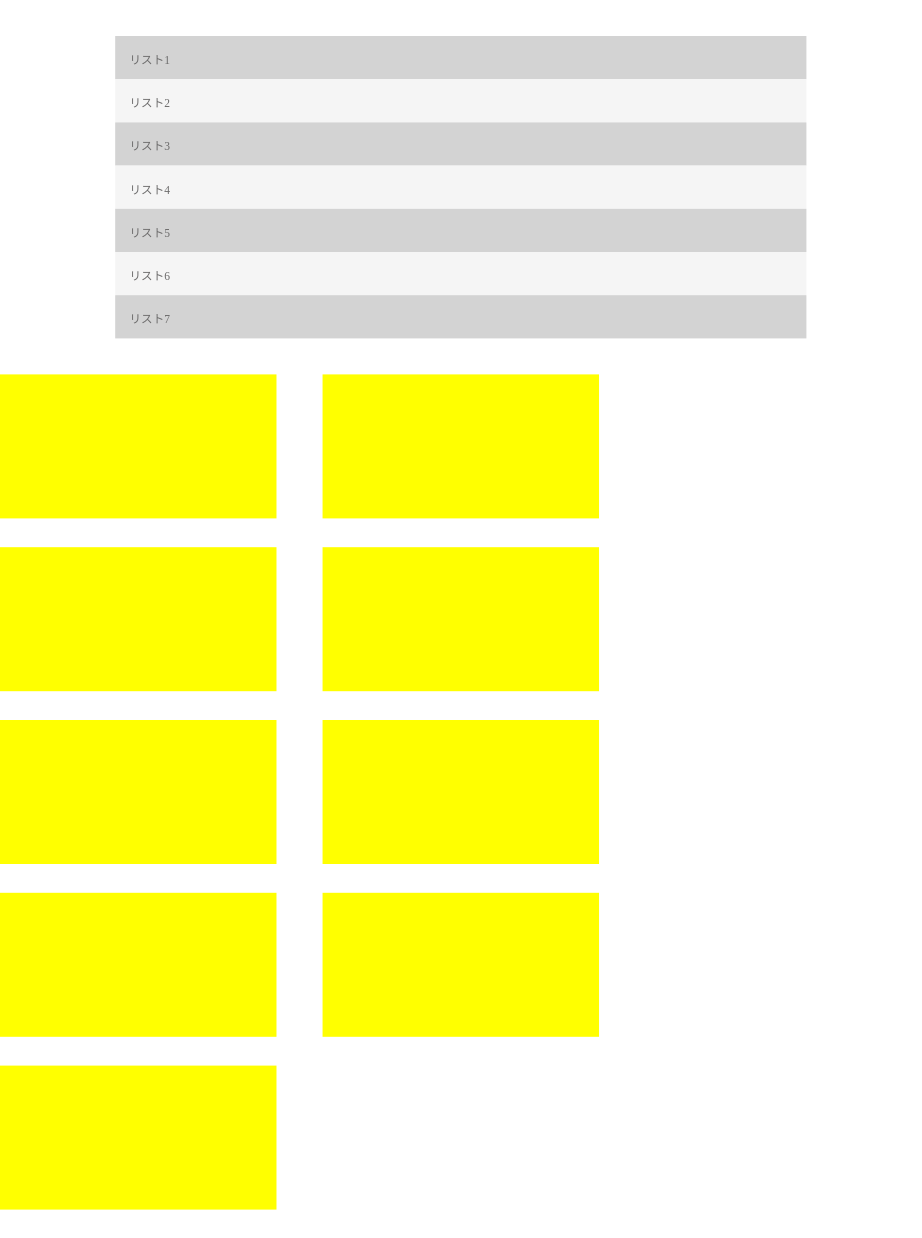
Repository: t-sato-infratop/environment
Page: chapter8_exercise/chapter8_exercise.html
The author's editor kept a record of every edit. The page is drawn from the files as they stood at one moment, then again after the next edit.
The browser window is 1280 px wide. The pictures show the whole page, at 72% of full size.

Above is the page before.

After the next edit:
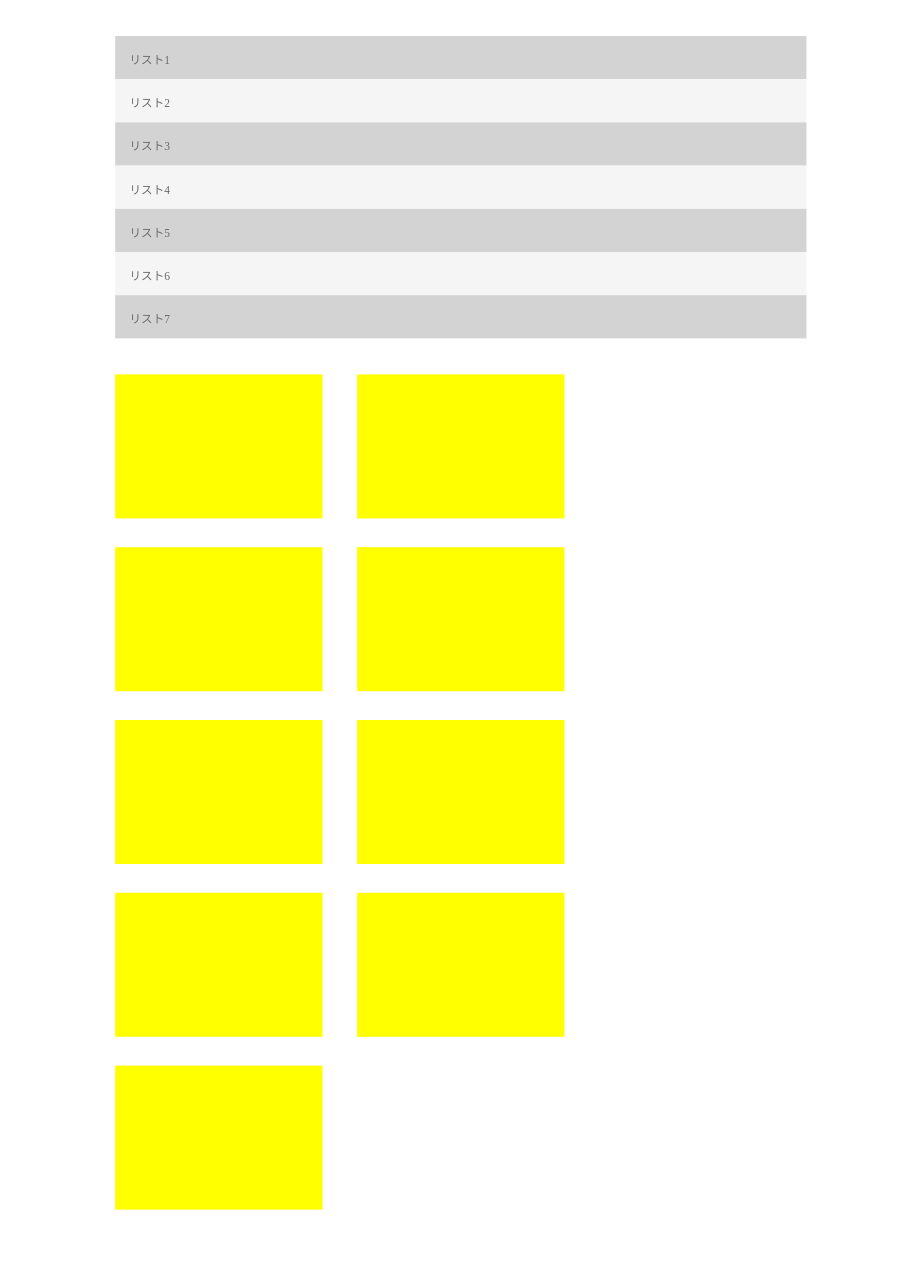
The edit:
--- a/chapter8_exercise/chapter8_exercise.css
+++ b/chapter8_exercise/chapter8_exercise.css
@@ -3,6 +3,11 @@
   padding: 0;
   box-sizing: border-box;
   color: #6c6b6b;
+}
+
+main {
+  width: 960px;
+  margin: 50px auto;
 }
 
 .main-list {
